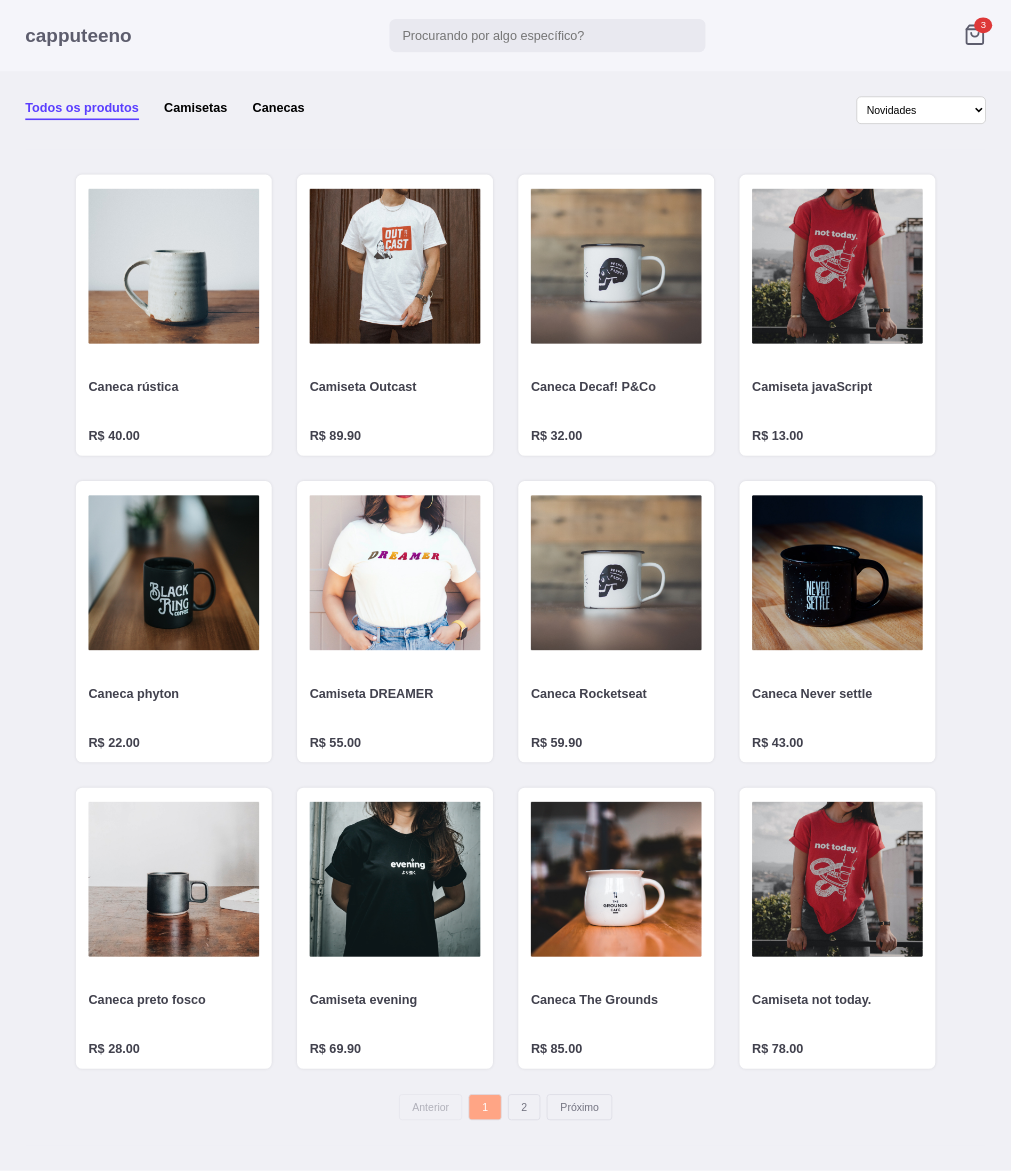
Repository: Biel-barbosa/capputeenoecomerce
Page: /
An editor plug-in stored every save of this project. The page is shown before and after the next save, followed by the edit.
The browser window is 1280 px wide. The pictures show the whole page, at 79% of full size.
The project was rebuilt for these pictures with package versions that can differ from the ones it lists, and the page was loaded fresh each time. The framework's server and built-in components were replaced by stand-ins that run in the browser. Also part of the build but not shown: next.config.ts.

Above is the page before, as saved 2025-04-23 11:50:57.

### src/app/page.tsx
'use client'
import { useState, useMemo } from 'react'
import styled from 'styled-components'
import Header from '../components/Header'
import { products as allProducts } from '../data/products'
import ProductsList from '@/components/ProductsList'

const Container = styled.main`
  padding: 2rem;
  background-color: #f0f0f5;
`

const FiltersWrapper = styled.div`
  display: flex;
  justify-content: space-between;
  align-items: center;
  flex-wrap: wrap;
  margin-bottom: 2rem;
`

const Categories = styled.div`
  display: flex;
  gap: 2rem;

  button {
    background: none;
    border: none;
    font-weight: 600;
    font-size: 1rem;
    cursor: pointer;
    border-bottom: 2px solid transparent;
    padding-bottom: 4px;
    transition: 0.2s;

    &.active {
      color: #5a3eff;
      border-color: #5a3eff;
    }
  }
`

const SortSelect = styled.select`
  background: #fff;
  padding: 0.5rem;
  border-radius: 6px;
  border: 1px solid #ccc;
`

const HomePage = () => {
  const [category, setCategory] = useState('all')
  const [searchTerm, setSearchTerm] = useState('')
  const [sortOption, setSortOption] = useState('newest')
  const [currentPage, setCurrentPage] = useState(1)

  const itemsPerPage = 12

  const filteredProducts = useMemo(() => {
    let products = allProducts.filter((product) => {
      const matchesCategory = category === 'all' || product.category === category
      const matchesSearch = product.title.toLowerCase().includes(searchTerm.toLowerCase())
      return matchesCategory && matchesSearch
    })

    if (sortOption === 'price-asc') {
      products = products.sort((a, b) => a.price - b.price)
    } else if (sortOption === 'price-desc') {
      products = products.sort((a, b) => b.price - a.price)
    } else if (sortOption === 'bestsellers') {
      products = products.sort((a, b) => b.sales - a.sales)
    } else {
      products = products.sort((a, b) => new Date(b.createdAt).getTime() - new Date(a.createdAt).getTime())
    }

    return products
  }, [category, searchTerm, sortOption])

  const totalPages = Math.ceil(filteredProducts.length / itemsPerPage)
  const paginatedProducts = filteredProducts.slice(
    (currentPage - 1) * itemsPerPage,
    currentPage * itemsPerPage
  )

  return (
    <>
      <Header onSearch={setSearchTerm} />
      <Container>
        <FiltersWrapper>
          <Categories>
            {['all', 't-shirts', 'mugs'].map((cat) => (
              <button
                key={cat}
                className={category === cat ? 'active' : ''}
                onClick={() => {
                  setCategory(cat)
                  setCurrentPage(1) // resetar página ao trocar filtro
                }}
              >
                {cat === 'all' ? 'Todos os produtos' : cat === 't-shirts' ? 'Camisetas' : 'Canecas'}
              </button>
            ))}
          </Categories>

          <SortSelect
            value={sortOption}
            onChange={(e) => {
              setSortOption(e.target.value)
              setCurrentPage(1) // resetar página ao mudar ordenação
            }}
          >
            <option value="newest">Novidades</option>
            <option value="price-desc">Preço: Maior - menor</option>
            <option value="price-asc">Preço: Menor - maior</option>
            <option value="bestsellers">Mais vendidos</option>
          </SortSelect>
        </FiltersWrapper>

        <ProductsList
          products={paginatedProducts}
          currentPage={currentPage}
          totalPages={totalPages}
          onPageChange={setCurrentPage}
        />
      </Container>
    </>
  )
}

export default HomePage

### src/components/Header.tsx
'use client';
import styled from 'styled-components';
import { FiShoppingBag } from 'react-icons/fi';

type HeaderProps = {
  onSearch?: (value: string) => void;
};

const HeaderContainer = styled.header`
  width: 100%;
  padding: 1.5rem 2rem;
  display: flex;
  align-items: center;
  justify-content: space-between;
  background-color: #f5f5fa;
  flex-wrap: wrap;
  gap: 1rem;
`;

const Logo = styled.h1`
  font-size: 1.5rem;
  font-weight: 600;
  color: #5d5d6d;
`;

const SearchInput = styled.input`
  flex: 1;
  max-width: 400px;
  margin: 0 2rem;
  padding: 0.75rem 1rem;
  border: none;
  border-radius: 8px;
  background: #e9e9f0;
  font-size: 1rem;
  color: #737380;

  &:focus {
    outline: 2px solid #115d8c;
  }

  @media (max-width: 768px) {
    margin: 0;
    width: 100%;
    order: 3;
  }
`;

const CartButton = styled.button`
  position: relative;
  background: none;
  border: none;
  cursor: pointer;

  svg {
    font-size: 1.75rem;
    color: #5d5d6d;
  }
`;

const CartCount = styled.span`
  position: absolute;
  top: -8px;
  right: -8px;
  background-color: #de3838;
  color: white;
  border-radius: 50%;
  font-size: 0.75rem;
  padding: 0.25rem 0.5rem;
  line-height: 1;
`;

const Header = ({ onSearch }: HeaderProps) => {
  const cartItemCount = 3; // Trocar por dados reais depois

  return (
    <HeaderContainer>
      <Logo>capputeeno</Logo>

      <SearchInput
        type="text"
        placeholder="Procurando por algo específico?"
        onChange={(e) => onSearch?.(e.target.value)}
      />

      <CartButton>
        <FiShoppingBag />
        <CartCount>{cartItemCount}</CartCount>
      </CartButton>
    </HeaderContainer>
  );
};

export default Header;

### src/data/products.ts
export type Product = {
    id: string;
    title: string;
    image: string;
    price: number;
    category: 't-shirts' | 'mugs';
    description: string;
    createdAt: Date;
    sales: number;
};

export const products: Product[] = [
    {
        id: '1',
        title: 'Camiseta not today.',
        image: '/images/Camiseta-not-today.jpg',
        price: 78.0,
        category: 't-shirts',
        description: 'Aqui vem um texto descritivo do produto, esta caixa de texto servirá apenas de exemplo para que simule algum texto que venha a ser inserido nesse campo, descrevendo tal produto.',
        createdAt: new Date('2024-03-01'),
        sales: 30,
    },
    {
        id: '2',
        title: 'Caneca rústica',
        image: '/images/Caneca-ceramica-rustica.jpg',
        price: 40.0,
        category: 'mugs',
        description: 'Aqui vem um texto descritivo do produto, esta caixa de texto servirá apenas de exemplo para que simule algum texto que venha a ser inserido nesse campo, descrevendo tal produto.',
        createdAt: new Date('2024-04-10'),
        sales: 80,
    },
    {
        id: '3',
        title: 'Camiseta Broken Saints',
        image: '/images/Camiseta-broken-saints.jpg',
        price: 58.0,
        category: 't-shirts',
        description: 'Aqui vem um texto descritivo do produto, esta caixa de texto servirá apenas de exemplo para que simule algum texto que venha a ser inserido nesse campo, descrevendo tal produto.',
        createdAt: new Date('2024-01-15'),
        sales: 45,
    },
    {
        id: '4',
        title: 'Caneca Black Ring',
        image: '/images/Caneca-Black-Ring.jpg',
        price: 32.0,
        category: 'mugs',
        description: 'Aqui vem um texto descritivo do produto, esta caixa de texto servirá apenas de exemplo para que simule algum texto que venha a ser inserido nesse campo, descrevendo tal produto.',
        createdAt: new Date('2024-02-20'),
        sales: 60,
    },
    {
        id: '5',
        title: 'Camiseta Outcast',
        image: '/images/Camiseta-outcast.jpg',
        price: 89.9,
        category: 't-shirts',
        description: 'Aqui vem um texto descritivo do produto, esta caixa de texto servirá apenas de exemplo para que simule algum texto que venha a ser inserido nesse campo, descrevendo tal produto.',
        createdAt: new Date('2024-04-05'),
        sales: 50,
    },
    {
        id: '6',
        title: 'Caneca The Grounds',
        image: '/images/Caneca-The-Grounds.jpg',
        price: 85.0,
        category: 'mugs',
        description: 'Aqui vem um texto descritivo do produto, esta caixa de texto servirá apenas de exemplo para que simule algum texto que venha a ser inserido nesse campo, descrevendo tal produto.',
        createdAt: new Date('2024-03-10'),
        sales: 75,
    },
    {
        id: '7',
        title: 'Camiseta evening',
        image: '/images/Camiseta-evening.jpg',
        price: 69.9,
        category: 't-shirts',
        description: 'Aqui vem um texto descritivo do produto, esta caixa de texto servirá apenas de exemplo para que simule algum texto que venha a ser inserido nesse campo, descrevendo tal produto.',
        createdAt: new Date('2024-03-11'),
        sales: 62,
    },
    {
        id: '8',
        title: 'Caneca preto fosco',
        image: '/images/Caneca-preto-fosco.jpg',
        price: 28.0,
        category: 'mugs',
        description: 'Aqui vem um texto descritivo do produto, esta caixa de texto servirá apenas de exemplo para que simule algum texto que venha a ser inserido nesse campo, descrevendo tal produto.',
        createdAt: new Date('2024-03-12'),
        sales: 58,
    },
    {
        id: '9',
        title: 'Caneca Never settle',
        image: '/images/Caneca-Never-settle.jpg',
        price: 43.0,
        category: 'mugs',
        description: 'Aqui vem um texto descritivo do produto, esta caixa de texto servirá apenas de exemplo para que simule algum texto que venha a ser inserido nesse campo, descrevendo tal produto.',
        createdAt: new Date('2024-03-13'),
        sales: 54,
    },
    {
        id: '10',
        title: 'Caneca Rocketseat',
        image: '/images/Caneca-Decaf!-P&Co.jpg',
        price: 59.9,
        category: 'mugs',
        description: 'Aqui vem um texto descritivo do produto, esta caixa de texto servirá apenas de exemplo para que simule algum texto que venha a ser inserido nesse campo, descrevendo tal produto.',
        createdAt: new Date('2024-03-14'),
        sales: 48,
    },
    {
        id: '11',
        title: 'Camiseta DREAMER',
        image: '/images/Camiseta-DREAMER.jpg',
        price: 55.0,
        category: 't-shirts',
        description: 'Aqui vem um texto descritivo do produto, esta caixa de texto servirá apenas de exemplo para que simule algum texto que venha a ser inserido nesse campo, descrevendo tal produto.',
        createdAt: new Date('2024-03-15'),
        sales: 52,
    },
    {
        id: '12',
        title: 'Caneca Decaf! P&Co',
        image: '/images/Caneca-Decaf!-P&Co.jpg',
        price: 32.0,
        category: 'mugs',
        description: 'Aqui vem um texto descritivo do produto, esta caixa de texto servirá apenas de exemplo para que simule algum texto que venha a ser inserido nesse campo, descrevendo tal produto.',
        createdAt: new Date('2024-03-16'),
        sales: 70,
    },
    {
        id: '13',
        title: 'Camiseta javaScript',
        image: '/images/Camiseta-not-today.jpg',
        price: 13.0,
        category: 't-shirts',
        description: 'Aqui vem um texto descritivo do produto, esta caixa de texto servirá apenas de exemplo para que simule algum texto que venha a ser inserido nesse campo, descrevendo tal produto.',
        createdAt: new Date('2024-03-16'),
        sales: 70,
    },
    {
        id: '14',
        title: 'Caneca phyton',
        image: '/images/Caneca-Black-Ring.jpg',
        price: 22.0,
        category: 'mugs',
        description: 'Aqui vem um texto descritivo do produto, esta caixa de texto servirá apenas de exemplo para que simule algum texto que venha a ser inserido nesse campo, descrevendo tal produto.',
        createdAt: new Date('2024-03-16'),
        sales: 70,
    },
];

export function getProductById(id: string) {
    return products.find((product) => product.id === id);
}

### src/components/ProductsList.tsx
'use client';
import styled from 'styled-components';
import { Product } from '@/data/products';

type Props = {
    products: Product[];
    currentPage: number;
    totalPages: number;
    onPageChange: (page: number) => void;
};

const Container = styled.main`
  flex: 1;
  background-color: #f0f0f5;
  padding: 2rem;
`;

const ProductsGrid = styled.div`
  display: grid;
  grid-template-columns: repeat(4, 248px);
  gap: 2rem;
  justify-content: center;

  @media (max-width: 1024px) {
    grid-template-columns: repeat(2, 1fr);
  }

  @media (max-width: 600px) {
    grid-template-columns: 1fr;
  }
`;

const ProductCard = styled.div`
  background-color: white;
  border-radius: 8px;
  width: 248px;
  height: 356px;
  box-shadow: 0 0 4px rgba(0,0,0,0.1);
  padding: 1rem;
  display: flex;
  flex-direction: column;
  justify-content: space-between;
`;

const ProductImage = styled.img`
  width: 100%;
  height: 200px;
  object-fit: contain;
`;

const ProductTitle = styled.h3`
  font-size: 1rem;
  color: #41414d;
  margin: 0.5rem 0;
`;

const ProductPrice = styled.span`
  font-weight: bold;
  color: #41414D;
`;

const PaginationContainer = styled.div`
  display: flex;
  justify-content: center;
  margin-top: 2rem;
  gap: 0.5rem;
`;

const PageButton = styled.button<{ isActive: boolean }>`
  background: ${({ isActive }) => (isActive ? '#FFA585' : 'transparent')};
  border: 1px solid #dcdce5;
  color: ${({ isActive }) => (isActive ? '#fff' : '#737380')};
  padding: 0.5rem 1rem;
  border-radius: 4px;
  cursor: pointer;

  &:disabled {
    opacity: 0.5;
    cursor: not-allowed;
  }
`;

const ProductsList = ({ products, currentPage, totalPages, onPageChange }: Props) => {
    return (
        <Container>
            <ProductsGrid>
                {products.map((product) => (
                    <ProductCard key={product.id}>
                        <ProductImage src={product.image} alt={product.title} />
                        <ProductTitle>{product.title}</ProductTitle>
                        <ProductPrice>R$ {product.price.toFixed(2)}</ProductPrice>
                    </ProductCard>
                ))}
            </ProductsGrid>

            <PaginationContainer>
                <PageButton onClick={() => onPageChange(currentPage - 1)} disabled={currentPage === 1} isActive={false}>
                    Anterior
                </PageButton>

                {[...Array(totalPages)].map((_, index) => {
                    const page = index + 1;
                    return (
                        <PageButton
                            key={page}
                            onClick={() => onPageChange(page)}
                            isActive={currentPage === page}
                        >
                            {page}
                        </PageButton>
                    );
                })}

                <PageButton onClick={() => onPageChange(currentPage + 1)} disabled={currentPage === totalPages} isActive={false}>
                    Próximo
                </PageButton>
            </PaginationContainer>
        </Container>
    );
};

export default ProductsList;

Loaded but not shown: src/app/layout.tsx (common file); src/app/globals.css (common file)

After the next save:
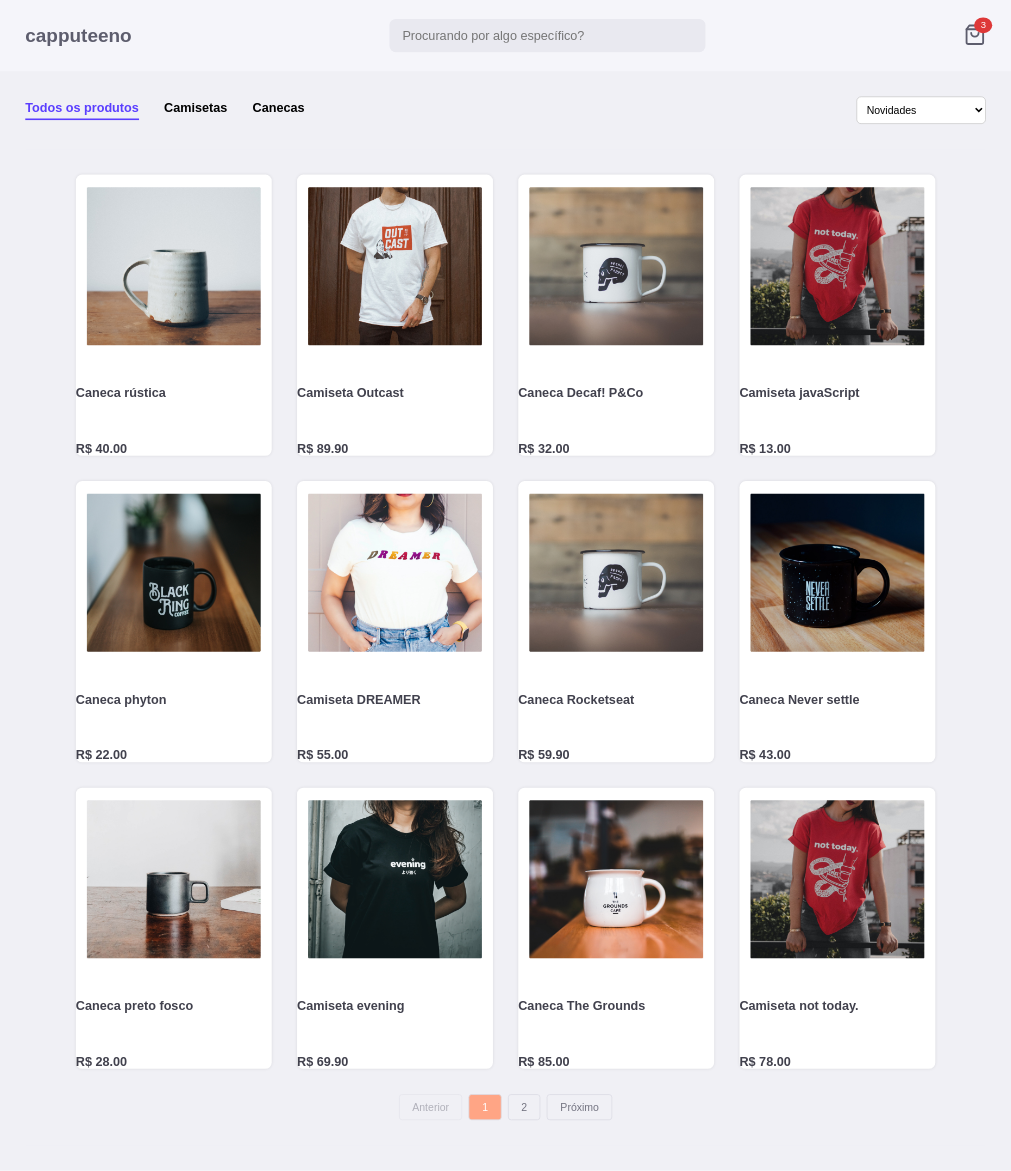
Saved 4 min 14 s later.
--- a/src/components/ProductsList.tsx
+++ b/src/components/ProductsList.tsx
@@ -36,7 +36,7 @@
   width: 248px;
   height: 356px;
   box-shadow: 0 0 4px rgba(0,0,0,0.1);
-  padding: 1rem;
+  padding-top:1rem;
   display: flex;
   flex-direction: column;
   justify-content: space-between;

After the save that followed:
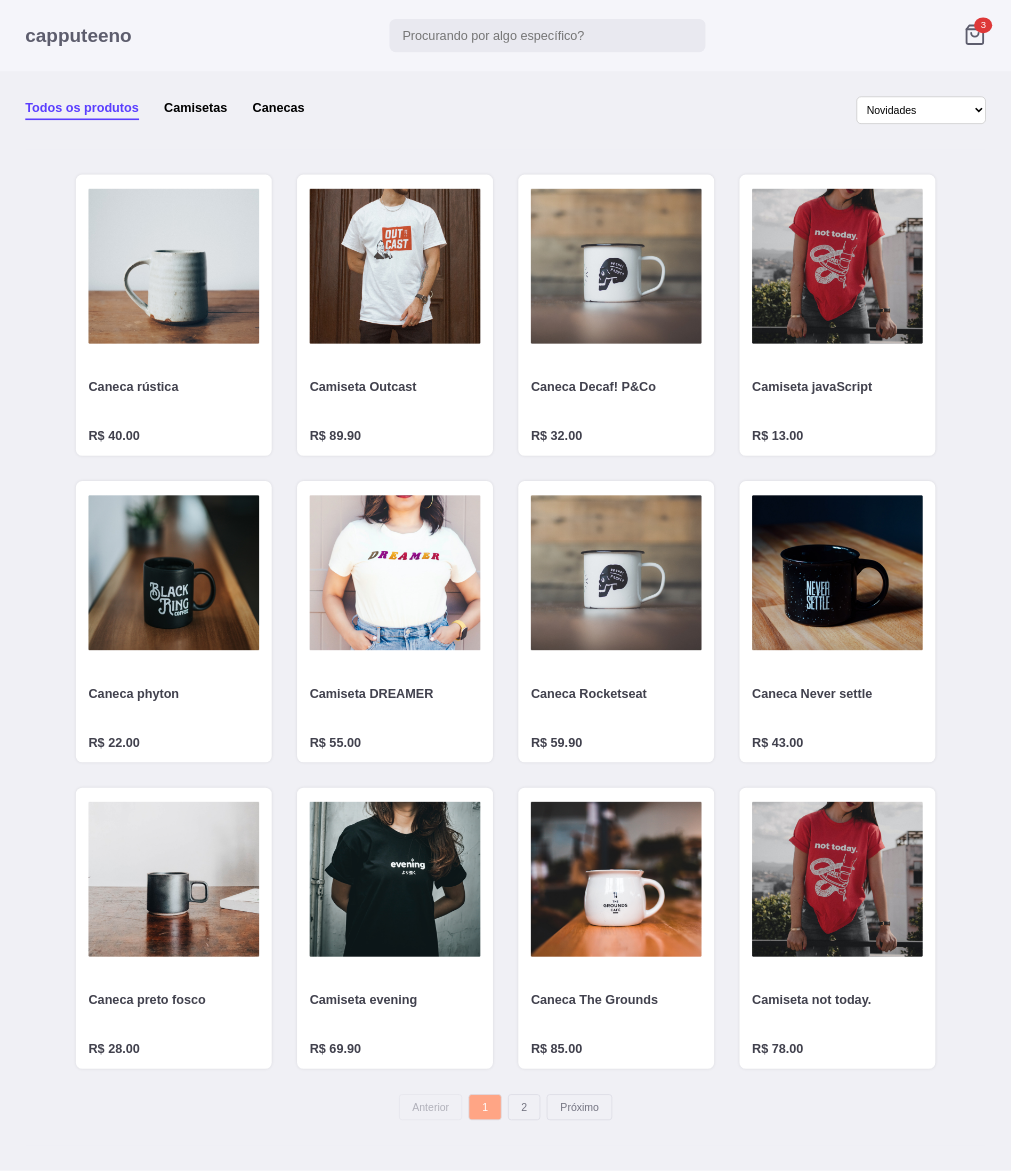
Saved 8 s later.
--- a/src/components/ProductsList.tsx
+++ b/src/components/ProductsList.tsx
@@ -36,7 +36,7 @@
   width: 248px;
   height: 356px;
   box-shadow: 0 0 4px rgba(0,0,0,0.1);
-  padding-top:1rem;
+  padding: 1rem;
   display: flex;
   flex-direction: column;
   justify-content: space-between;
